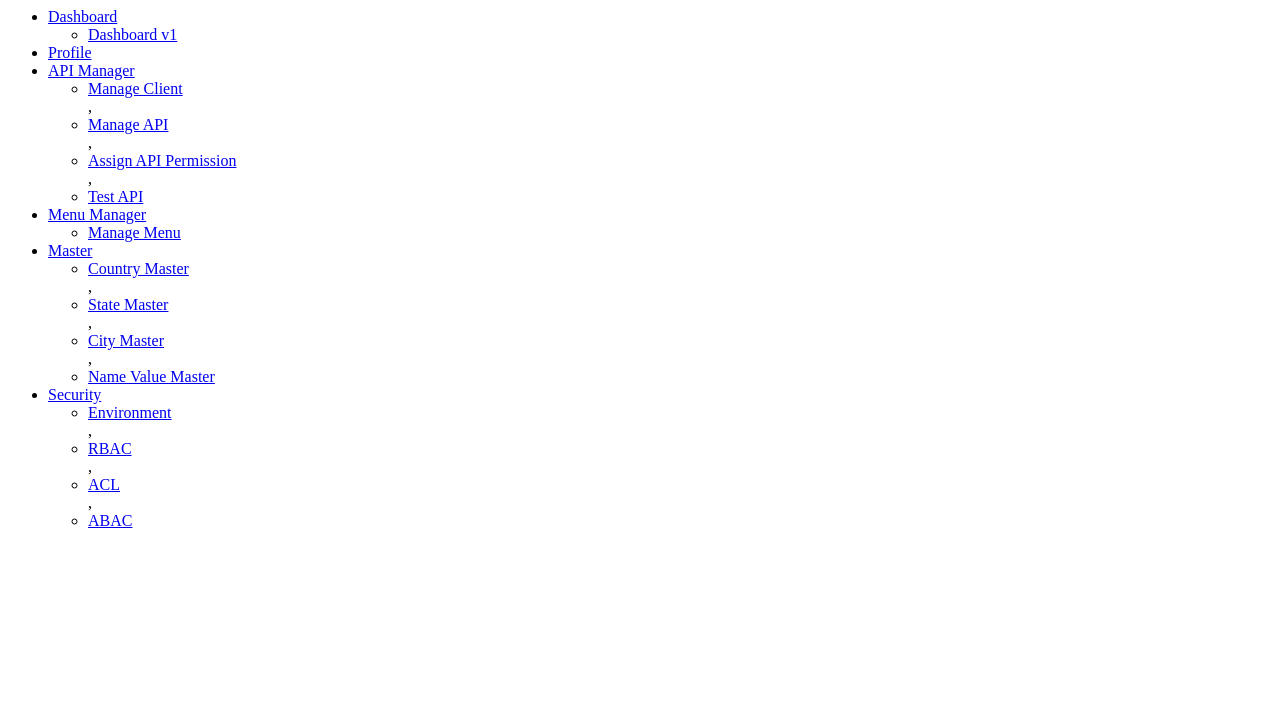
Repository: sanjeev167/PersonnelProjects
Page: http://localhost/PracticeOnNet/WEB-INF/jsp/admin/pvt/api_mgr/api_permission.jsp
The author's editor kept a copy of each file at every save. The page is drawn from the files as they stood at one save, then again after the next save.
The browser window is 1280 px wide. The pictures show the whole page.
The page is served by Tomcat 9. Nobody is signed in. The template is opened directly, without the code that normally fills it, so the values that code supplies are empty.

Above is the page before, as saved 2019-07-26 06:36:39.

After the next save:
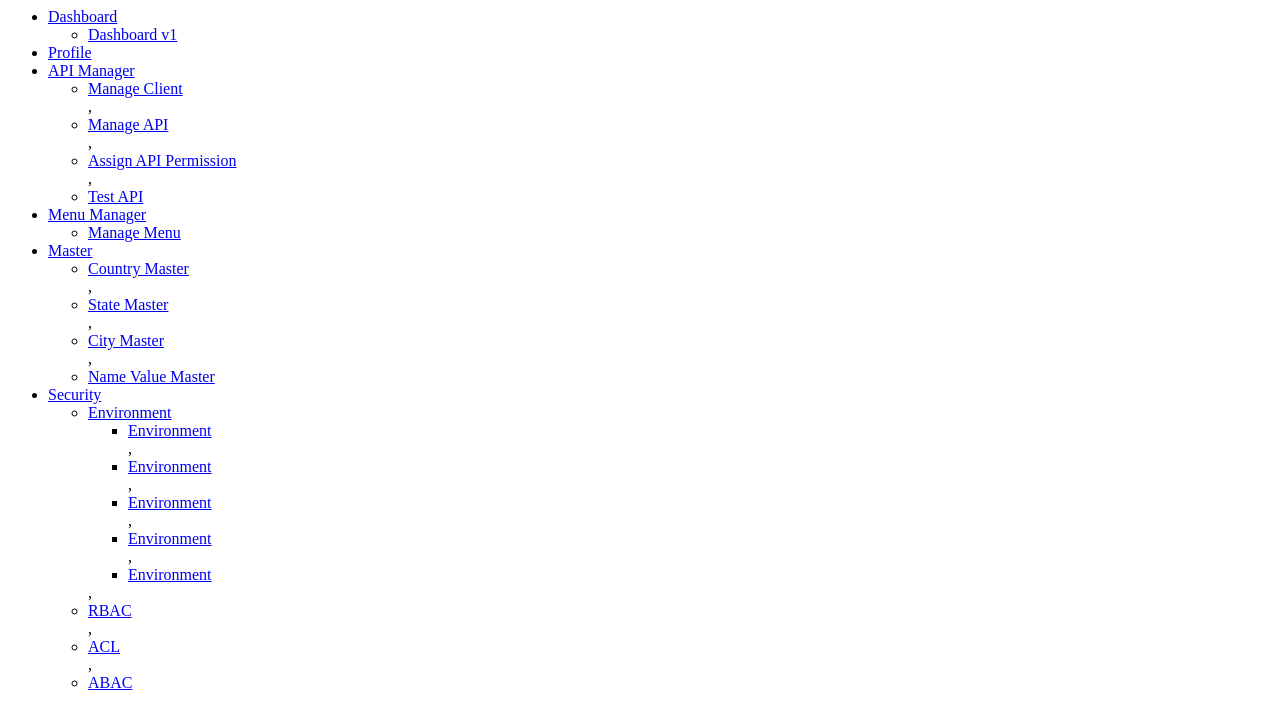
Saved 3 min 7 s later.
--- a/PracticeOnNet_WS/PracticeOnNet/src/main/webapp/WEB-INF/jsp/admin/pvt/api_mgr/api_permission.jsp
+++ b/PracticeOnNet_WS/PracticeOnNet/src/main/webapp/WEB-INF/jsp/admin/pvt/api_mgr/api_permission.jsp
@@ -31,7 +31,15 @@ $(document).ready(function() {
 
 		        //Security
 		        {"id": "16", "name": "Security", "parent_id": "0","leafUrl":"#","nodeType":"N" ,"nodeImgUrl":"fa fa-share"},
-		        {"id": "18", "name": "Environment", "parent_id": "16","leafUrl":"#","nodeType":"L" ,"nodeImgUrl":"fa fa-circle-o"},
+
+		        {"id": "18", "name": "Environment", "parent_id": "16","leafUrl":"#","nodeType":"N" ,"nodeImgUrl":"fa fa-circle-o"},
+		        {"id": "19", "name": "Environment", "parent_id": "18","leafUrl":"#","nodeType":"L" ,"nodeImgUrl":"fa fa-circle-o"},
+		        {"id": "20", "name": "Environment", "parent_id": "18","leafUrl":"#","nodeType":"L" ,"nodeImgUrl":"fa fa-circle-o"},
+		        {"id": "21", "name": "Environment", "parent_id": "18","leafUrl":"#","nodeType":"L" ,"nodeImgUrl":"fa fa-circle-o"},
+		        {"id": "22", "name": "Environment", "parent_id": "18","leafUrl":"#","nodeType":"L" ,"nodeImgUrl":"fa fa-circle-o"},
+		        {"id": "23", "name": "Environment", "parent_id": "18","leafUrl":"#","nodeType":"L" ,"nodeImgUrl":"fa fa-circle-o"},
+
+
 		        {"id": "19", "name": "RBAC", "parent_id": "16","leafUrl":"#","nodeType":"L" ,"nodeImgUrl":"fa fa-circle-o"},
 		        {"id": "20", "name": "ACL", "parent_id": "16","leafUrl":"#","nodeType":"L" ,"nodeImgUrl":"fa fa-circle-o"},
 		        {"id": "21", "name": "ABAC", "parent_id": "16","leafUrl":"#","nodeType":"L" ,"nodeImgUrl":"fa fa-circle-o"},
